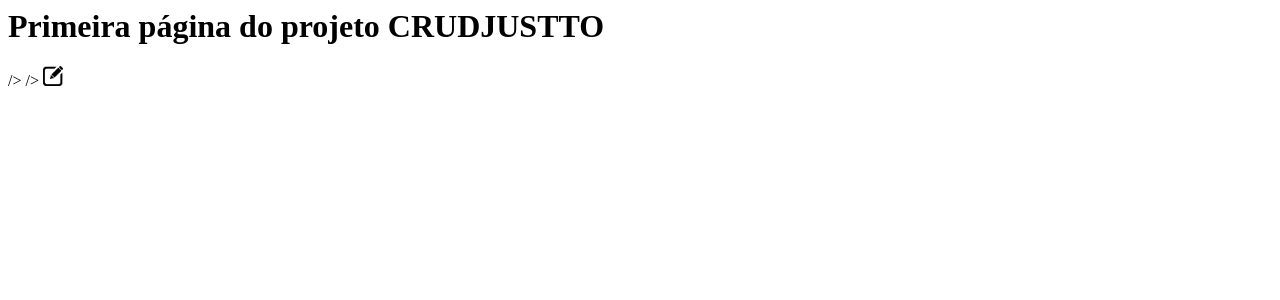
Repository: Natan16/CRUDJUSTTO
Page: CRUDJUSTTOWEB/WebContent/index.html
These files come from the project's save history. The page is drawn as it stood at one moment and after the next save; the edit follows.
The browser window is 1280 px wide. The pictures show the whole page.

Above is the page before, as saved 2019-08-31 22:57:14.

### CRUDJUSTTOWEB/WebContent/index.html
<html>
	<head>
		<title>Projeto CRUDJUSTTO</title>
	</head>
	<body>
		<h1>Primeira página do projeto CRUDJUSTTO</h1>
		<form action="adiciona-advogado.jsp" method="get">
			<input type="hidden" name="ufOAB" value=<%=advogado.getRegistroOAB().getUF()%> />
			<input type="hidden" name="registroOAB" value=<%=advogado.getRegistroOAB().getNumero()%> />
			<input type="image" src="images/edit_icon.png"  width="20" height="20" value="" >
		</form>


	</body>
</html>

After the next save:
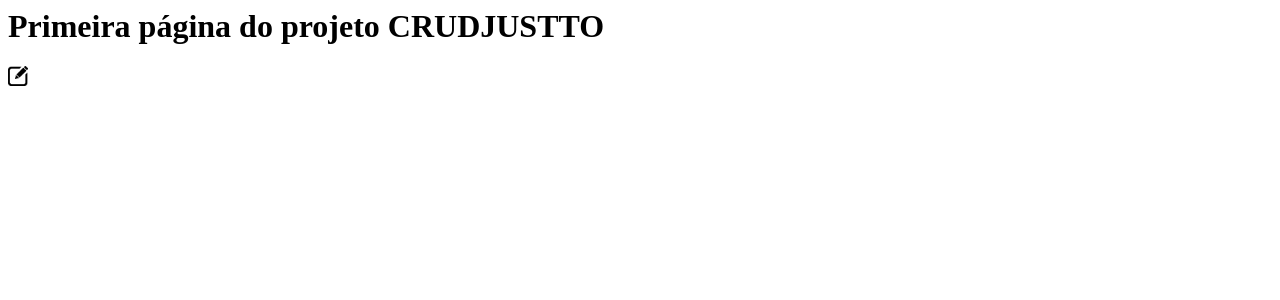
Saved 4 s later.
--- a/CRUDJUSTTOWEB/WebContent/index.html
+++ b/CRUDJUSTTOWEB/WebContent/index.html
@@ -5,8 +5,6 @@
 	<body>
 		<h1>Primeira página do projeto CRUDJUSTTO</h1>
 		<form action="adiciona-advogado.jsp" method="get">
-			<input type="hidden" name="ufOAB" value=<%=advogado.getRegistroOAB().getUF()%> />
-			<input type="hidden" name="registroOAB" value=<%=advogado.getRegistroOAB().getNumero()%> />
 			<input type="image" src="images/edit_icon.png"  width="20" height="20" value="" >
 		</form>
 
